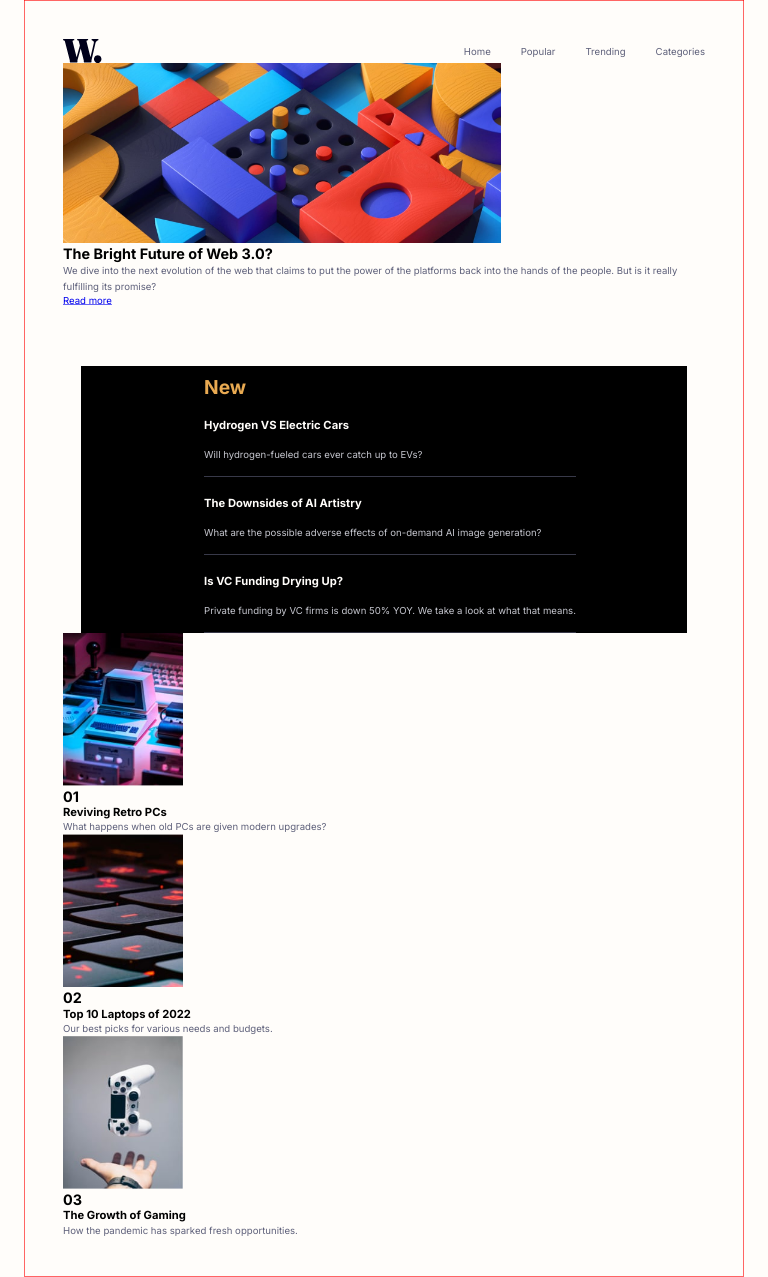
Repository: Arkitecth/news-webpage
Page: index.html
An editor plug-in stored every save of this project. The page is shown before and after the next save, followed by the edit.
The browser window is 1280 px wide. The pictures show the whole page, at 60% of full size.

Above is the page before, as saved 2023-06-07 20:24:44.

After the next save:
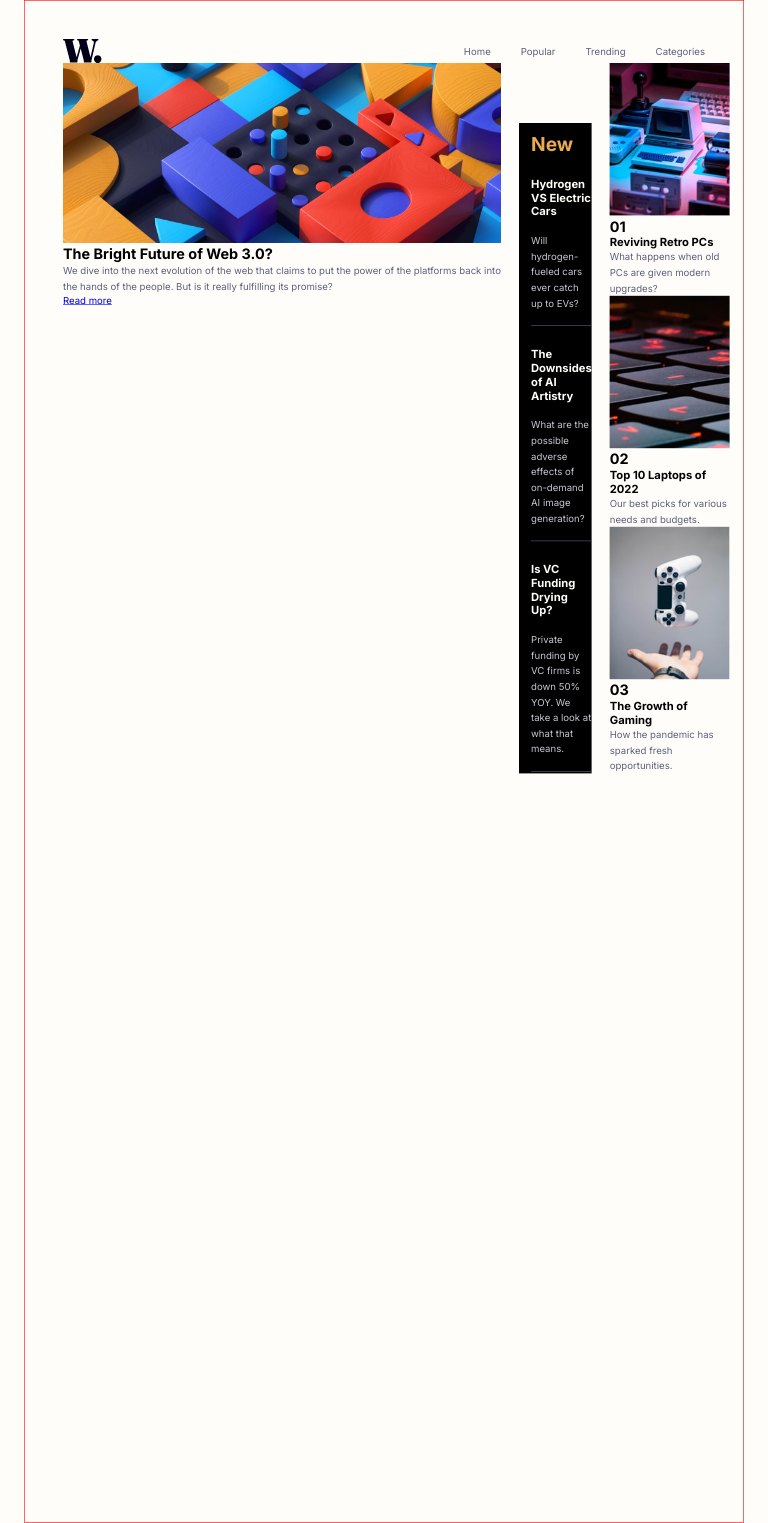
Saved 23 s later.
--- a/style.css
+++ b/style.css
@@ -74,11 +74,11 @@
 
 /* Showcase */
 
-/* .showcase {
+.showcase {
     display: grid;
     grid-template-columns: 1fr 1fr 1fr;
     grid-template-rows: 1fr 1fr;
-} */
+}
 .news-card {
     display: grid;
     justify-content: center;
